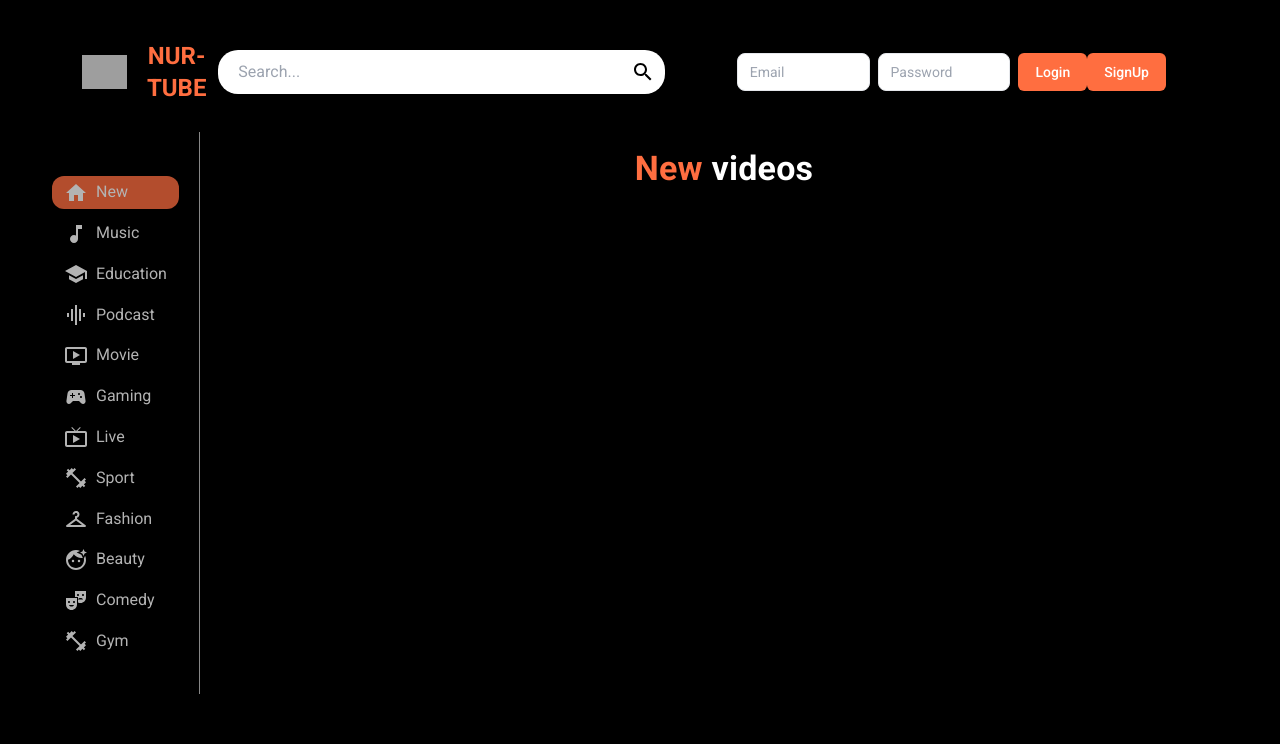
Repository: Nurlan-Bakenbaev/YoutubeClone
Page: /
These files come from the project's save history. The page is drawn as it stood at one moment and after a run of saves; the edit follows.
The browser window is 1280 px wide. The pictures show the whole page.
Pictures or frames that could not be fetched are drawn as grey boxes. The page's requests for data from a server got no answer. The project was rebuilt for these pictures with package versions that can differ from the ones it lists, and the page was loaded fresh each time. No one was signed in, and anything a server would have sent is missing. Also part of the build but not shown: vite.config.js, src/components/VideoCard.jsx, src/components/ChannelCard.jsx, src/components/Loader.jsx, src/components/VideoDetails.jsx, src/components/SearchFeed.jsx, src/components/ChannelDetails.jsx.

Above is the page before, as saved 2023-09-09 19:01:01.

### index.html
<!DOCTYPE html>
<html lang="en">
  <head>
    <link
      rel="stylesheet"
      href="https://fonts.googleapis.com/icon?family=Material+Icons"
    />
    <link rel="preconnect" href="https://fonts.googleapis.com" />
    <link rel="preconnect" href="https://fonts.gstatic.com" crossorigin />
    <link
      rel="stylesheet"
      href="https://fonts.googleapis.com/css2?family=Roboto:wght@300;400;500;600;700&display=swap"
    />

    <meta charset="UTF-8" />
    <link rel="icon" type="image/svg+xml" href="/vite.svg" />
    <meta name="viewport" content="width=device-width, initial-scale=1.0" />
    <title>Youtube Clone</title>
  </head>
  <body>
    <div id="root"></div>
    <script type="module" src="/src/main.jsx"></script>
  </body>
</html>

### src/App.jsx
import "./App.css";
import { BrowserRouter, Routes, Route } from "react-router-dom";
import { Box } from "@mui/material";
import Navbar from "./components/Navbar";
import Feed from "./components/Feed";
import VideoDetails from "./components/VideoDetails";
import SearchFeed from "./components/SearchFeed";
import ChannelDetails from "./components/ChannelDetails";
import SignIn from "./components/SignIn";

const App = () => (
  <BrowserRouter>
    <Box sx={{ backgroundColor: "#000" }}>
      <Navbar />
      <Routes>
        <Route path="/" element={<Feed />} />
        <Route path="/video/:id" element={<VideoDetails />} />
        <Route path="/channel/:id" element={<ChannelDetails />} />
        <Route path="/search/:searchTerm" element={<SearchFeed />} />
        <Route path="/signIn" element={<SignIn />} />
      </Routes>
    </Box>
  </BrowserRouter>
);

export default App;

### src/index.css
@import "tailwindcss/base";
@import "tailwindcss/components";
@import "tailwindcss/utilities";


body {
  font-family: "Roboto", sans-serif;
  margin: 0;
  padding: 0;
  box-sizing: border-box;
  background-color: black;
}
a{
  color:inherit;
  text-decoration: none;
}

### src/components/Navbar.jsx
import { Stack } from "@mui/material";
import { Link } from "react-router-dom";
import { useState } from "react";
import SearchBar from "./SearchBar";
import AccountCircleIcon from "@mui/icons-material/AccountCircle";
import SignIn from "./SignIn";
const Navbar = () => {
  return (
    <Stack
      direction="row"
      alignItems="center"
      sx={{
        position: "sticky",
        background: "black",
        top: "0",
        justifyContent: "space-between",
        height: "80px",
        pl: "30px",
        marginBottom: "20px",
        px: "50px",
        boxShadow: "0px 4px 6px white(0, 0, 0, 0.1)",
      }}
    >
      <Stack
        sx={{
          display: "flex",
          flexDirection: "row",
          alignItems: "center",
        }}
      >
        <Link className="hidden md:flex items-center gap-2" to={"/"}>
          <img
            width={45}
            src="https://cdn.logojoy.com/wp-content/uploads/20200406092725/youtube-icon.png"
            alt="logo"
          />
          <h1 className="font-bold text-2xl text-[#ff6e40]">NUR-TUBE</h1>
        </Link>
      </Stack>
      <SearchBar />
      <SignIn />
    </Stack>
  );
};

export default Navbar;

### src/components/Feed.jsx
import React, { useState, useEffect } from "react";
import { Box, Stack, Typography } from "@mui/material";
import SideBar from "./SideBar";
import Videos from "./Videos";
import { fetchFromAPI } from "./helpers/fetchFromAPI";

const Feed = () => {
  const [selectedCategory, setSelectedCategory] = useState("New");
  const [videos, setVideous] = useState([]);
  useEffect(() => {
    fetchFromAPI(`search?part=snippet&q=
    ${selectedCategory}`).then((data) => setVideous(data.items));
  }, [selectedCategory]);

  return (
    <Stack
      sx={{
        flexDirection: { sx: "column", md: "row" },
        height: "80vh",
      }}
    >
      <Box
        sx={{
          height: { sx: "auto", md: "78vh" },
          borderRight: "1px solid #878787 ",
          px: { sx: 0, md: 2 },
        }}
      >
        <SideBar
          selectedCategory={selectedCategory}
          setSelectedCategory={setSelectedCategory}
        />
      </Box>
      <Box p={2} sx={{ overflowY: "auto", height: "85vh", flex: 2 }}>
        <Typography
          variant="h4"
          fontWeight="bold"
          mb={2}
          sx={{ color: "white" }}
        >
          <span className="text-[#ff6e40]">{selectedCategory}</span> videos
          <Videos videos={videos} />
        </Typography>
      </Box>
    </Stack>
  );
};

export default Feed;

### src/components/SignIn.jsx
import React, { useState } from "react";
import {
  createUserWithEmailAndPassword,
  signInWithEmailAndPassword,
} from "firebase/auth";
import auth from "./helpers/firebase";
const SignIn = () => {
  const [email, setEmail] = useState("");
  const [password, setPassword] = useState("");
  const [login, setLogin] = useState();

  const handleSignIn = async (e) => {
    e.preventDefault();
    createUserWithEmailAndPassword(auth, email, password)
      .then((userCredential) => {
        const user = userCredential.user;

        setLogin(user);
      })
      .catch((error) => {
        const errorCode = error.code;
        const errorMessage = error.message;
      });
  };
  const handleSignUp = () => {
    signInWithEmailAndPassword(auth, email, password)
      .then((userCredential) => {
        // Signed in
        const user = userCredential.user;
        // ...
      })
      .catch((error) => {
        const errorCode = error.code;
        const errorMessage = error.message;
      });
  };
  if (login) {
    return (
      <div className="text-white flex gap-3 items-center">
        <div className="uppercase rounded-full w-8 h-8  bg-purple-500 flex items-center justify-center">
          {login.email.slice(0, 1)}
        </div>
        {login.email}
      </div>
    );
  } else
    return (
      <box className=" bg-none py-2 px-4 sm:px-6 lg:px-8">
        <div className="">
          <form>
            <div className="rounded-md  flex flex-row gap-2">
              <div>
                <input
                  id="email"
                  name="email"
                  type="email"
                  autoComplete="email"
                  required
                  className="appearance-none rounded-lg relative block w-full px-3 py-2 border text-gray-700 placeholder-gray-400 focus:outline-none focus:z-10 sm:text-sm"
                  placeholder="Email"
                  value={email}
                  onChange={(e) => setEmail(e.target.value)}
                />
              </div>
              <div>
                <input
                  id="password"
                  name="password"
                  type="password"
                  autoComplete="current-password"
                  required
                  className="appearance-none rounded-lg relative block w-full px-3 py-2 border text-gray-700 placeholder-gray-400 focus:outline-nonefocus:z-10 sm:text-sm"
                  placeholder="Password"
                  value={password}
                  onChange={(e) => setPassword(e.target.value)}
                />
              </div>
              <div className="flex items-center">
                <button
                  onClick={handleSignIn}
                  className="group relative w-full flex justify-center py-2 px-4 border border-transparent text-sm font-medium rounded-md text-white bg-[#ff6e40] focus:outline-none focus:ring-2 focus:ring-offset-2 focus:ring-indigo-500"
                >
                  <span>Login</span>
                </button>
                <button
                  onClick={handleSignUp}
                  className="group relative w-full flex justify-center py-2 px-4 border border-transparent text-sm font-medium rounded-md text-white bg-[#ff6e40] focus:outline-none focus:ring-2 focus:ring-offset-2 focus:ring-indigo-500"
                >
                  <span>SignUp</span>
                </button>
              </div>
            </div>
          </form>
        </div>
      </box>
    );
};

export default SignIn;

### src/components/SearchBar.jsx
import React from "react";
import { useState } from "react";
import { useNavigate } from "react-router-dom";
import { Paper, IconButton } from "@mui/material";
import SearchIcon from "@mui/icons-material/Search";
const SearchBar = () => {
  const [searchTerm, setSearchTerm] = useState("");
  const navigate = useNavigate();

  const handleSubmit = (e) => {
    e.preventDefault();
    if (searchTerm) {
      navigate(`/search/${searchTerm}`);
    }
    setSearchTerm('')
  };
  return (
    <Paper
      component="form"
      onSubmit={handleSubmit}
      sx={{
        borderRadius: "20px",
        pl: 2,
        boxShadow: "none",
        display: "flex",
        alignItems: "center",
        minWidth: "40%",
        mr: { sm: 5 },
      }}
    >
      <input
        className="flex-1 p-1 outline-none"
        placeholder="Search..."
        type="text"
        onChange={(e) => setSearchTerm(e.target.value)}
        value={searchTerm}
      />
      <IconButton type="submit" sx={{ p: "10px", color: "black" }}>
        <SearchIcon />
      </IconButton>
    </Paper>
  );
};

export default SearchBar;

### src/components/SideBar.jsx
import React, { useState } from "react";
import { Stack } from "@mui/material";
import { categories } from "./helpers/constants";

const SideBar = ({ selectedCategory, setSelectedCategory }) => {


  return (
    <Stack
      direction="row"
      sx={{
        marginTop: { sx: 5, md: 5 },
        overflowY: "",
        overflowX: "auto",
        height: { sx: "auto", md: "100%" },
        flexDirection: { md: "column" },
      }}>
      {categories.map((cat) => (
        <button
          onClick={() => setSelectedCategory(cat.name)}
          key={cat.name}
          style={{ background: cat.name === selectedCategory && "#ff6e40" }}
          className="
        flex gap-2 items-center
         hover:bg-[#ff6e40] text-white
          py-1 px-3 m-1 rounded-xl opacity-[0.7] hover:opacity-[1]"
        >
          <span>{cat.icon}</span>
          <span className="hidden md:block">{cat.name}</span>
        </button>
      ))}
    </Stack>
  );
};

export default SideBar;

### src/components/Videos.jsx
import React from "react";
import { Stack, Box } from "@mui/material";
import VideoCard from "./VideoCard";
import ChannelCard from "./ChannelCard";
const Videos = ({ videos, direction }) => {
  return (
    <Stack
      direction={direction || "row"}
      justifyContent="center"
      flexWrap="wrap"
      gap={2}
    >
      {videos.map((item, idx) => (
        <Box key={idx}>
          {item.id.videoId && <VideoCard video={item} />}
          {item.id.channelId && <ChannelCard channelDetail={item} />}
        </Box>
      ))}
    </Stack>
  );
};

export default Videos;

### src/components/helpers/fetchFromAPI.js
import axios from "axios";

const BASE_URL = "https://youtube-v31.p.rapidapi.com";

const options = {
  params: {
    maxResults: "10",
  },
  headers: {
    "X-RapidAPI-Key": "dfd9fd22a4msh387268f5a8f5fb7p1284fdjsne6bbd54d9622",
    "X-RapidAPI-Host": "youtube-v31.p.rapidapi.com",
  },
};
export const fetchFromAPI = async (url) => {
  const { data } = await axios.get(`${BASE_URL}/${url}`, options);
  return data;
};
// my other account
//"X-RapidAPI-Key": ,
//"X-RapidAPI-Host": "youtube-v31.p.rapidapi.com",

//"b35272daf0mshfab1424cc2a92c4p1c7f28jsn5264b7801643"

### src/components/helpers/firebase.js
import { initializeApp } from "firebase/app";
import { getAuth } from "firebase/auth";

const firebaseConfig = {
  apiKey: "AIzaSyDj_TDrxtKNXkOeuKMlxa6iUJ_VLTy5Q38",
  authDomain: "nur-tuber.firebaseapp.com",
  projectId: "nur-tuber",
  storageBucket: "nur-tuber.appspot.com",
  messagingSenderId: "927478785195",
  appId: "1:927478785195:web:b2d2c1a30b94c3d32fc3ee",
};

const app = initializeApp(firebaseConfig);
const auth = getAuth(app);
export default auth;

### src/components/helpers/constants.jsx
import MusicNoteIcon from '@mui/icons-material/MusicNote';
import HomeIcon from '@mui/icons-material/Home';
import CodeIcon from '@mui/icons-material/Code';
import OndemandVideoIcon from '@mui/icons-material/OndemandVideo';
import SportsEsportsIcon from '@mui/icons-material/SportsEsports';
import LiveTvIcon from '@mui/icons-material/LiveTv';
import SchoolIcon from '@mui/icons-material/School';
import FaceRetouchingNaturalIcon from '@mui/icons-material/FaceRetouchingNatural';
import CheckroomIcon from '@mui/icons-material/Checkroom';
import GraphicEqIcon from '@mui/icons-material/GraphicEq';
import TheaterComedyIcon from '@mui/icons-material/TheaterComedy';
import FitnessCenterIcon from '@mui/icons-material/FitnessCenter';
import DeveloperModeIcon from '@mui/icons-material/DeveloperMode';


export const categories = [
  { name: 'New', icon: <HomeIcon />, },
  { name: 'Music', icon: <MusicNoteIcon /> },
  { name: 'Education', icon: <SchoolIcon />, },
  { name: 'Podcast', icon: <GraphicEqIcon />, },
  { name: 'Movie', icon: <OndemandVideoIcon />, },
  { name: 'Gaming', icon: <SportsEsportsIcon />, },
  { name: 'Live', icon: <LiveTvIcon />, },
  { name: 'Sport', icon: <FitnessCenterIcon />, },
  { name: 'Fashion', icon: <CheckroomIcon />, },
  { name: 'Beauty', icon: <FaceRetouchingNaturalIcon />, },
  { name: 'Comedy', icon: <TheaterComedyIcon />, },
  { name: 'Gym', icon: <FitnessCenterIcon />, },
];

export const demoThumbnailUrl = 'https://i.ibb.co/G2L2Gwp/API-Course.png';
export const demoChannelUrl = '/channel/UCmXmlB4-HJytD7wek0Uo97A';
export const demoVideoUrl = '/video/GDa8kZLNhJ4';
export const demoChannelTitle = 'JavaScript Mastery';
export const demoVideoTitle = 'Build and Deploy 5 JavaScript & React API Projects in 10 Hours - Full Course | RapidAPI';
export const demoProfilePicture = 'http://dergipark.org.tr/assets/app/images/buddy_sample.png'

Loaded but not shown: src/main.jsx (common file); src/App.css (common file); tailwind.config.js (common file)

After the next 2 saves:
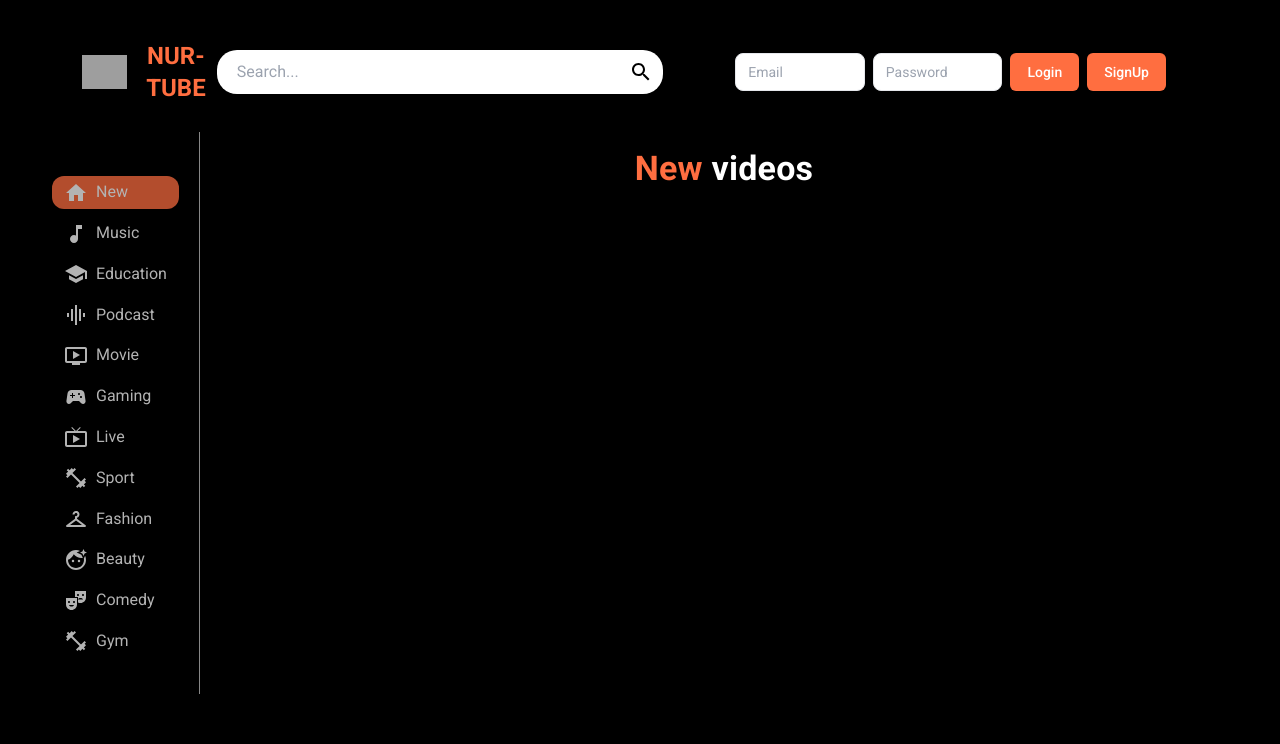
The 2 saves are shown as one change because they came seconds apart.
The last was saved 9 s later.
--- a/src/components/SignIn.jsx
+++ b/src/components/SignIn.jsx
@@ -75,7 +75,7 @@ const SignIn = () => {
                   onChange={(e) => setPassword(e.target.value)}
                 />
               </div>
-              <div className="flex items-center">
+              <div className="flex items-center gap-2">
                 <button
                   onClick={handleSignIn}
                   className="group relative w-full flex justify-center py-2 px-4 border border-transparent text-sm font-medium rounded-md text-white bg-[#ff6e40] focus:outline-none focus:ring-2 focus:ring-offset-2 focus:ring-indigo-500"
